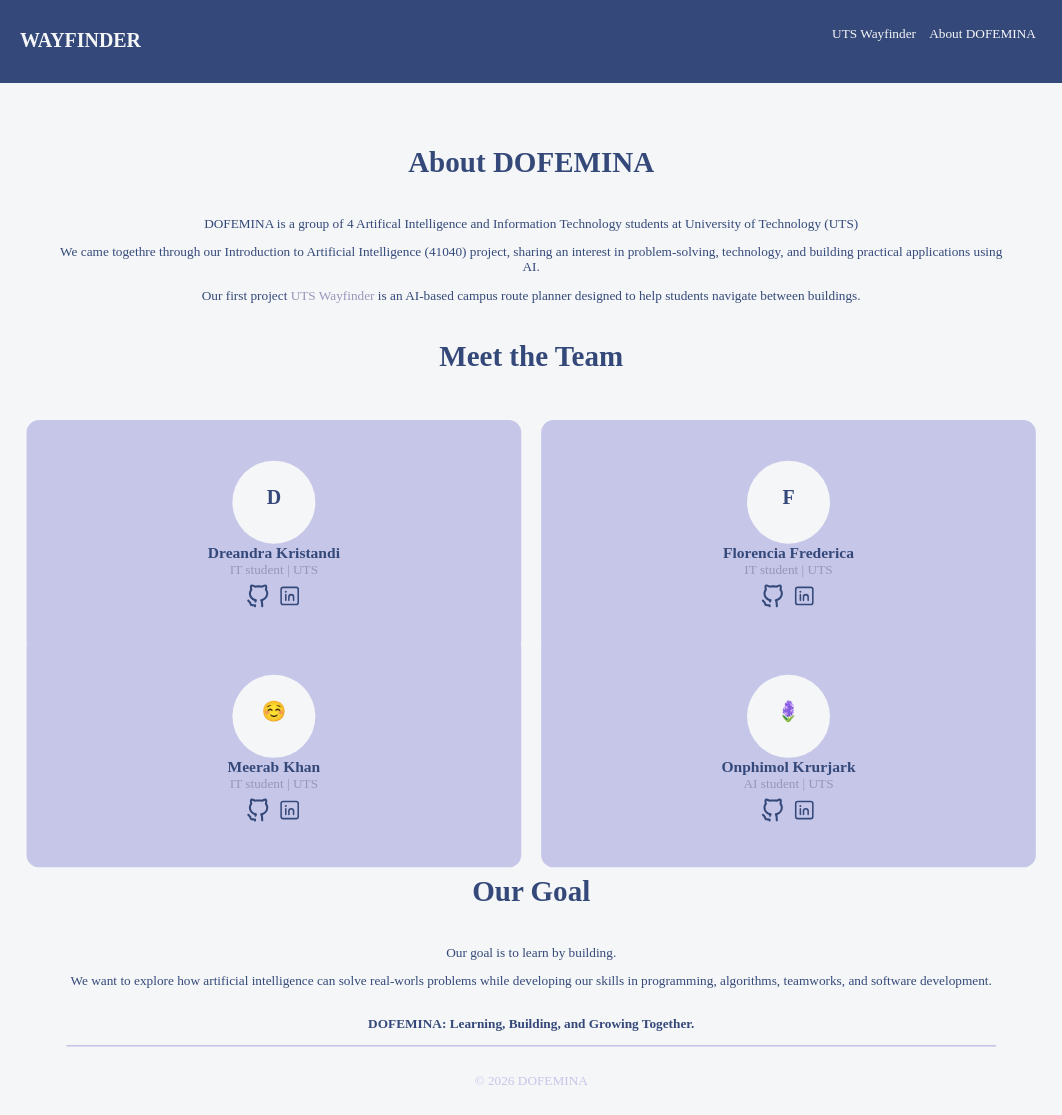
Repository: Meerab-K/uts-wayfinder
Page: html/about.html
The author's editor kept a copy of each file at every save. The page is drawn from the files as they stood at one save, then again after the next save.
The browser window is 1280 px wide. The pictures show the whole page, at 83% of full size.
Some web fonts or font styles are not loaded; a fallback is used.

Above is the page before, as saved 2026-10-19 21:50:48.

After the next save:
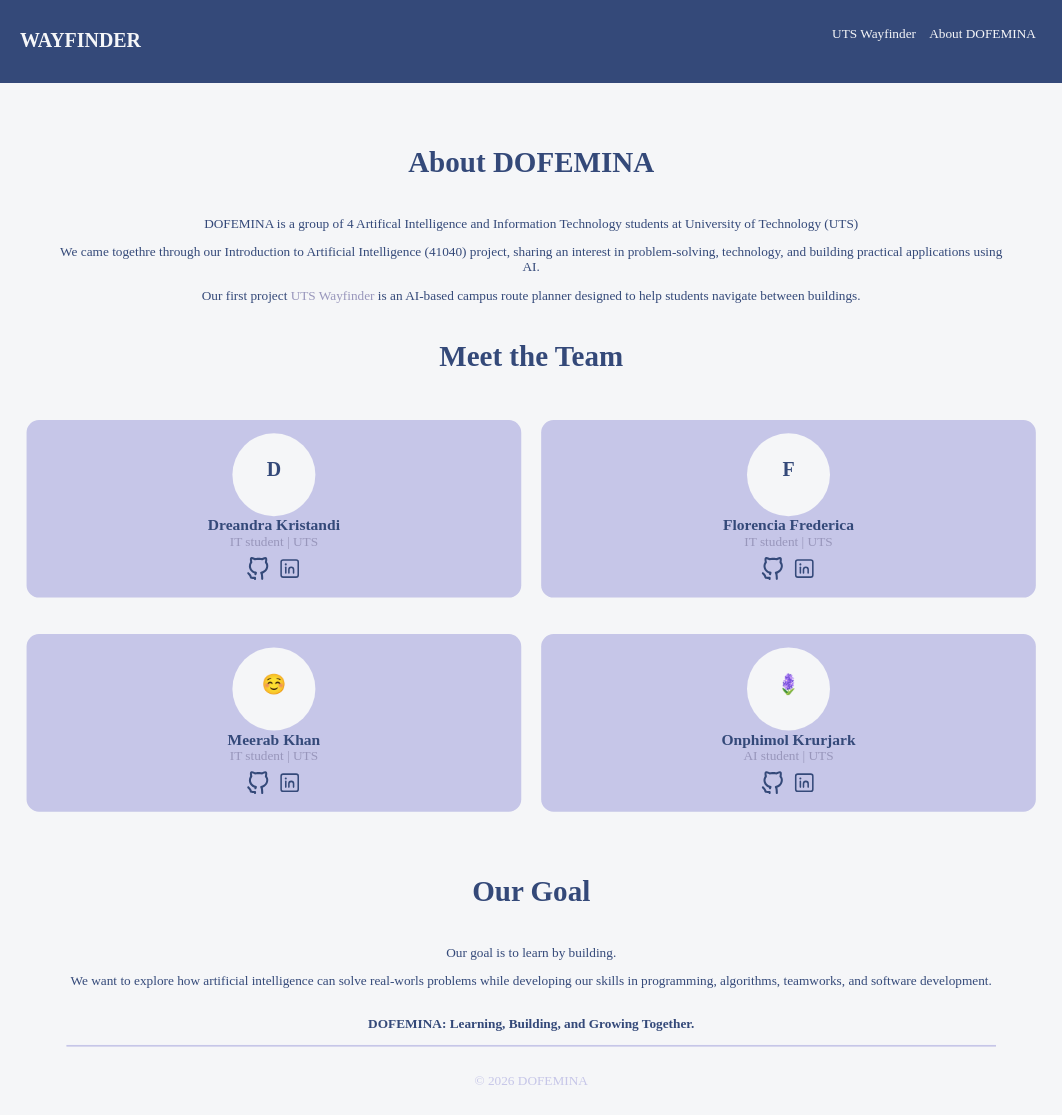
Saved 10 s later.
--- a/css/about.css
+++ b/css/about.css
@@ -30,7 +30,6 @@
     border-radius: 15px;
     padding: 1rem;
     width: 100%;
-    height: 120%;
     box-sizing: border-box;
 
     margin: 0 auto 20px;
